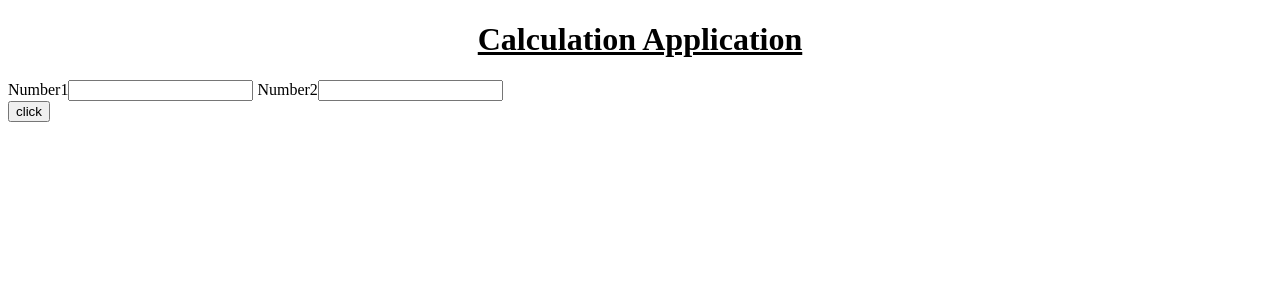
Repository: VOVALDASBHAVYA/SecondCommitedADVjava_servlets
Page: servltesProject/CalculationPage/src/main/webapp/Calculation.html
The author's editor kept a copy of each file at every save. The page is drawn from the files as they stood at one save, then again after the next save.
The browser window is 1280 px wide. The pictures show the whole page.

Above is the page before, as saved 2022-10-17 10:55:34.

### servltesProject/CalculationPage/src/main/webapp/Calculation.html
<!DOCTYPE html>
<html>
<head>
<meta charset="ISO-8859-1">
<title>Calculator App</title>
</head>
<body>
<center><h1><b><u>Calculation Application</u></b></h1></center>
<form action="./calculation">
Number1<input type="text" name="NumberOne"/>
Number2<input type="text" name="NumberTwo"/>
<br>
<input type="submit" value="click"/>
</form>
</body>
</html>

After the next save:
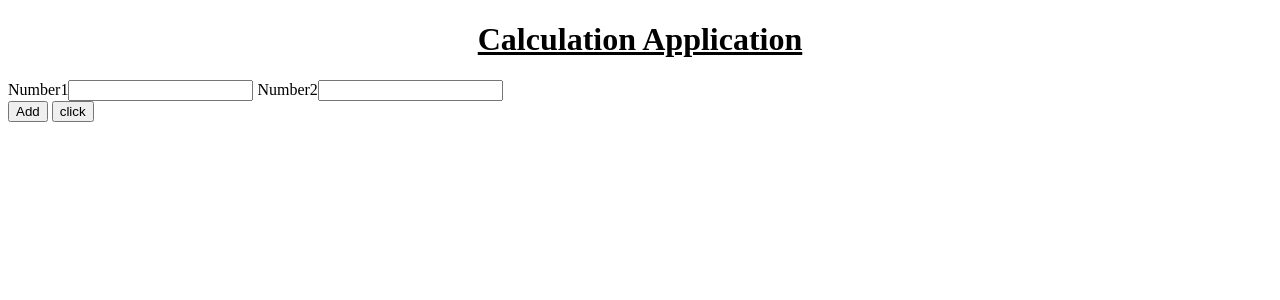
Saved 6 min 40 s later.
--- a/servltesProject/CalculationPage/src/main/webapp/Calculation.html
+++ b/servltesProject/CalculationPage/src/main/webapp/Calculation.html
@@ -10,6 +10,7 @@
 Number1<input type="text" name="NumberOne"/>
 Number2<input type="text" name="NumberTwo"/>
 <br>
+<input type="submit" value="Add"/>
 <input type="submit" value="click"/>
 </form>
 </body>
